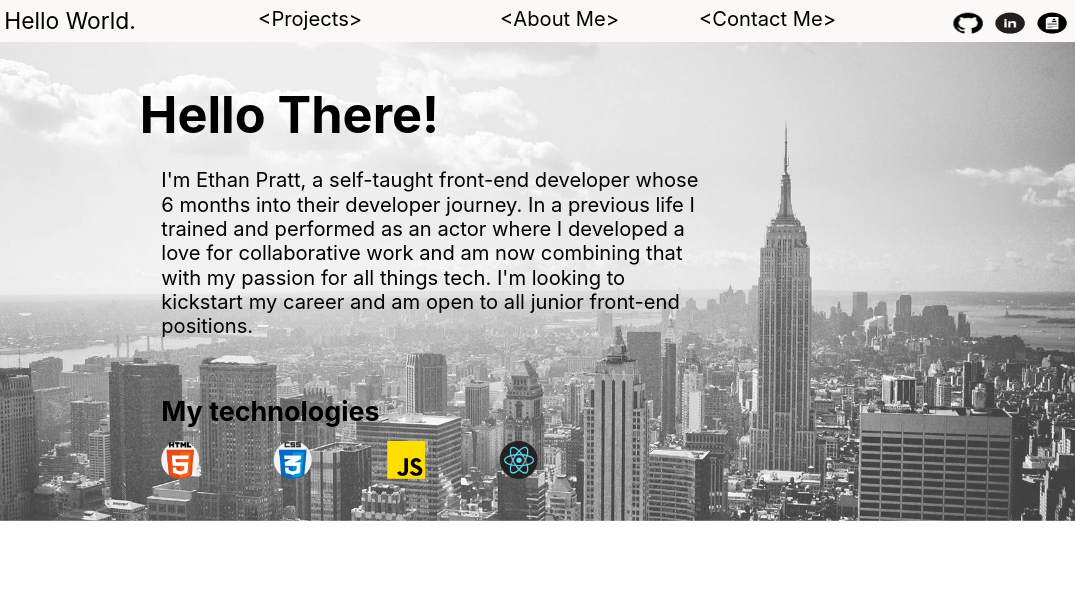
Repository: ghend99/website_ethan_pratt
Page: /about
The author's editor kept a copy of each file at every save. The page is drawn from the files as they stood at one save, then again after the next save.
The browser window is 1280 px wide. The pictures show the whole page, at 84% of full size.
The project was rebuilt for these pictures with package versions that can differ from the ones it lists, and the page was loaded fresh each time. Also part of the build but not shown: src/pages/home.js, src/pages/project.js, src/css/contact.css, src/pages/contact.js.

Above is the page before, as saved 2023-04-02 14:51:26.

After the next save:
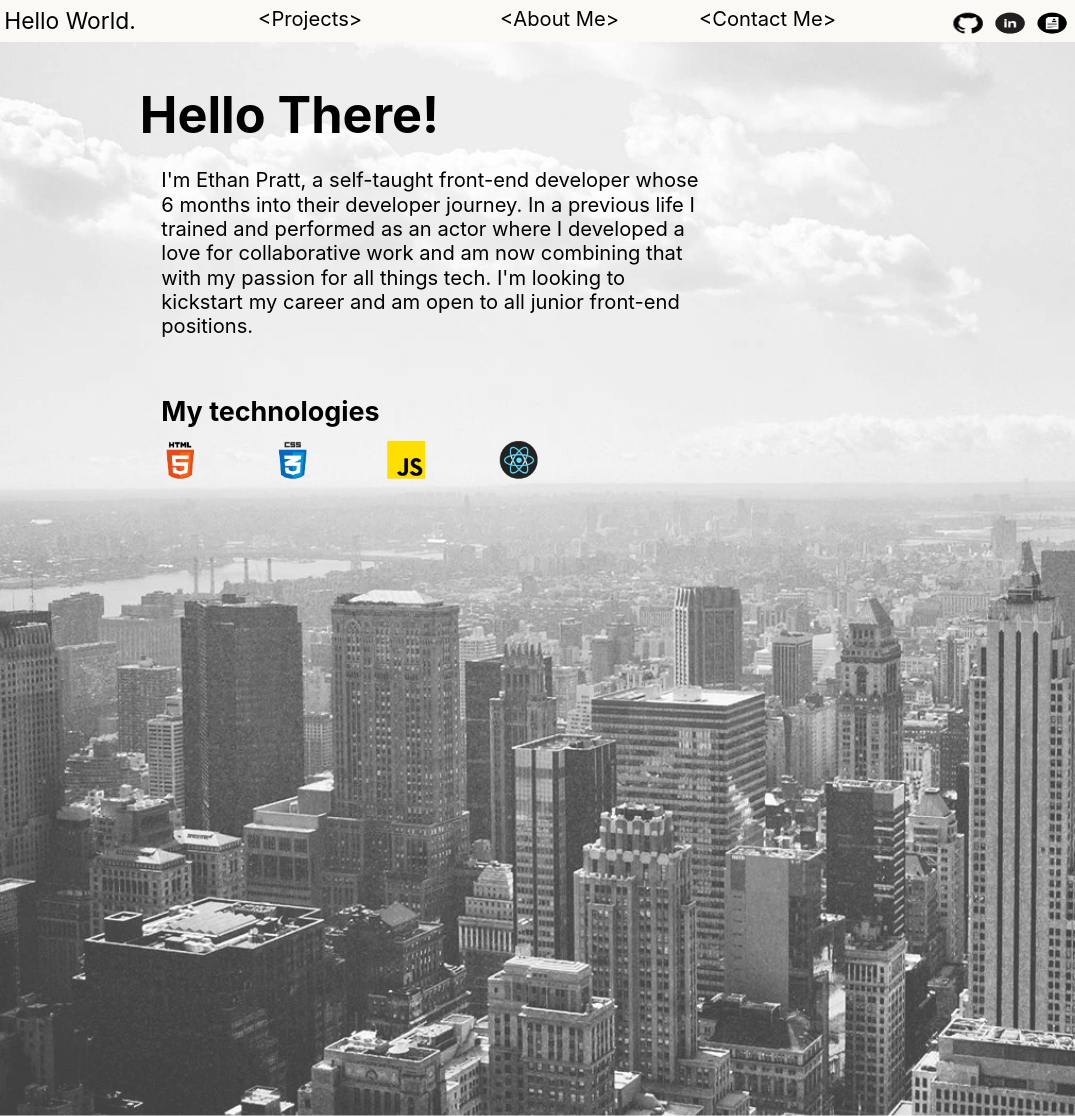
Saved 5 s later.
--- a/src/css/header.css
+++ b/src/css/header.css
@@ -89,8 +89,8 @@
   position: relative;
   max-width: 100%;
   min-width: 650px;
-  max-height: 100vh;
-  min-height: 81;
+  height: 100vh;
+  min-height: 83rem;
   background-size: cover;
   background-repeat: no-repeat;
   background-position: center center;
